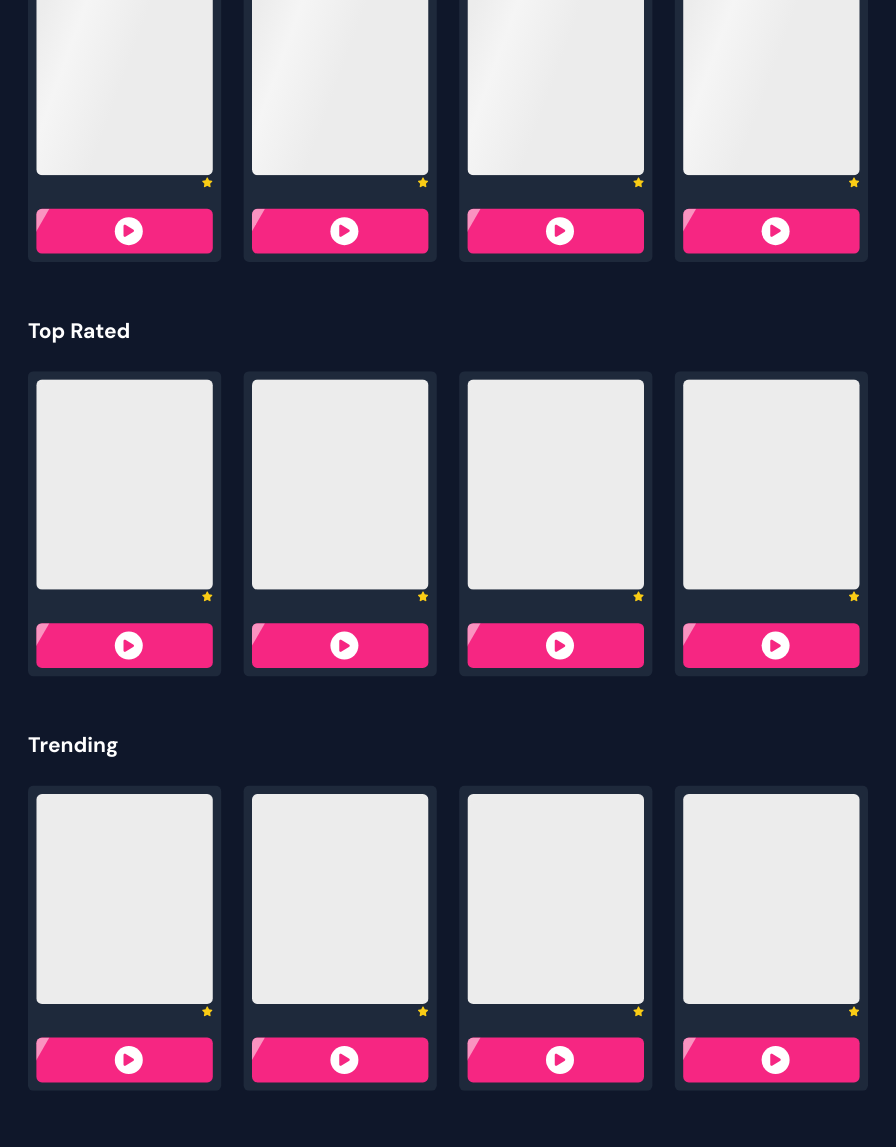
Repository: Linhyum/react-simple-movie
Page: /
These files come from the project's save history. The page is drawn as it stood at one moment and after the next save; the edit follows.
The browser window is 1280 px wide. The pictures show the part of the page from y = 946 to 2866 px (the page is 2584 px tall before and 3424 px after), at 70% of full size.
The page's requests for data from a server got no answer. The project was rebuilt for these pictures with package versions that can differ from the ones it lists, and the page was loaded fresh each time. No one was signed in, and anything a server would have sent is missing.

Above is the page before, as saved 2023-04-02 21:03:43.

After the next save:
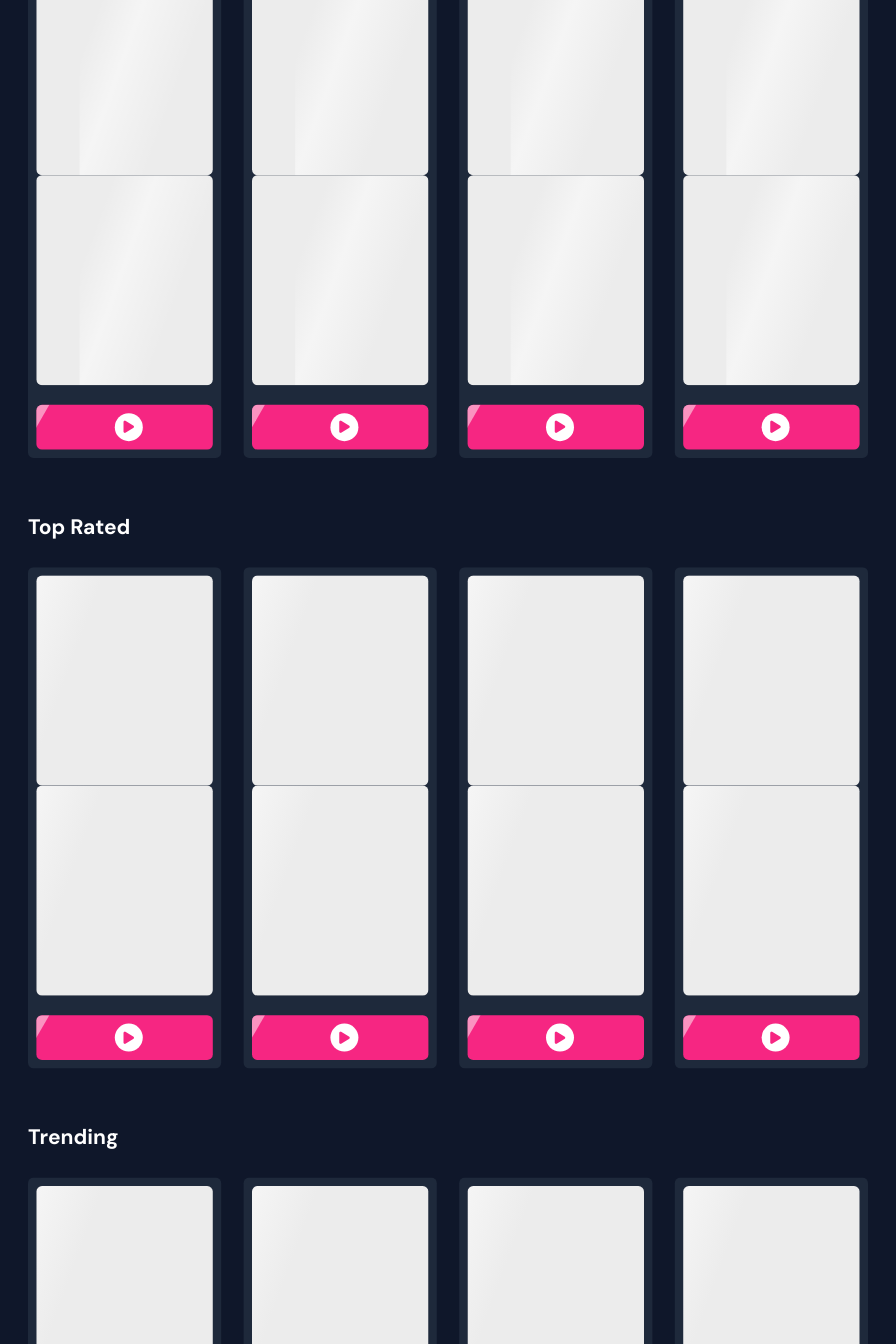
Saved 45 s later.
--- a/src/components/movie/MovieCard.js
+++ b/src/components/movie/MovieCard.js
@@ -44,13 +44,9 @@ export function MovieCardSkeleton() {
         <div className="movie-card text-white hover:shadow-lg hover:shadow-primary transition-all duration-300 rounded-lg p-3 bg-slate-800 select-none">
             <LoadingSkeleton height="300px" radius="8px"></LoadingSkeleton>
             <div className="flex items-center justify-between text-sm  mb-7">
-                <span className="opacity-50"></span>
-                <div className="flex items-center gap-x-2">
-                    <span className="opacity-50"></span>
-                    <div className="text-yellow-400">
-                        <i class="fa-solid fa-star"></i>
-                    </div>
-                </div>
+                <LoadingSkeleton height="300px" radius="8px"></LoadingSkeleton>
+
+                <div className="flex items-center gap-x-2"></div>
             </div>
             <Button></Button>
         </div>
